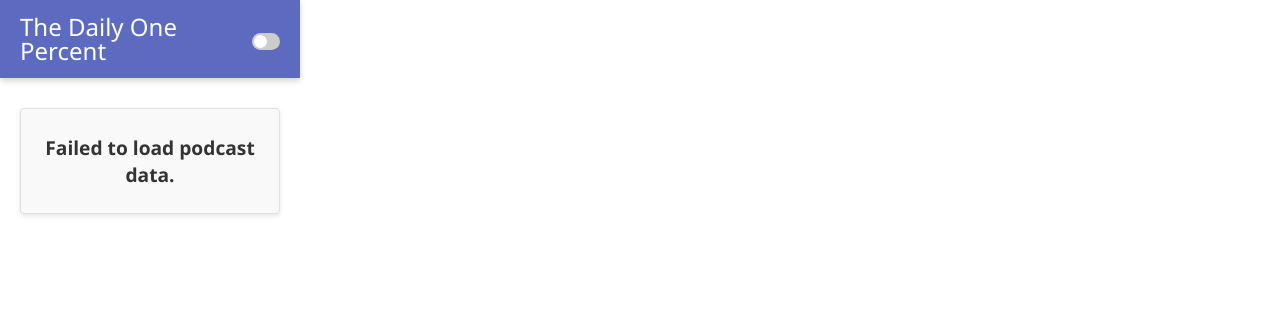
Repository: fechinmitchell/thedailyonepercent
Page: popup.html
These files come from the project's save history. The page is drawn as it stood at one moment and after the next save; the edit follows.
The browser window is 1280 px wide. The pictures show the whole page.
The page's requests for data from a server got no answer.

Above is the page before, as saved 2023-12-22 10:35:31.

### popup.html
<!DOCTYPE html>
<html lang="en">
<head>
  <meta charset="UTF-8">
  <title>The Daily One Percent Extension</title>
  <link rel="stylesheet" type="text/css" href="popup.css">
</head>
<body>
  <!-- Header section with title and dark mode toggle -->
  <div class="header">
    <h1>The Daily One Percent</h1>
    <div class="toggle-switch">
      <input type="checkbox" id="dark-mode-checkbox" class="checkbox">
      <label class="slider round" for="dark-mode-checkbox"></label>
    </div>
  </div>

  <!-- Main content section -->
  <div class="content">
    <!-- Podcast card content -->
    <div id="podcast-card">
      <!-- Podcast image -->
      <!-- Podcast title and points -->
      <div id="podcast"></div>
      <div id="podcast-points"></div>
    </div>
  </div>

  <script src="popup.js"></script>
</body>
</html>

### popup.css
/* General styles */
body {
  width: 300px;
  min-height: 300px;
  margin: 0;
  padding: 0;
  background-color: #fff;
  font-family: 'Segoe UI', Tahoma, Geneva, Verdana, sans-serif;
  color: #333;
  display: flex;
  flex-direction: column;
  border-radius: 8px;
  overflow: hidden;
}

/* Header styles */
.header {
  background-color: #5C6BC0; /* Pleasant purple header color */
  color: #fff;
  padding: 15px 20px;
  display: flex;
  justify-content: space-between; /* Align title and toggle switch */
  align-items: center; /* Align items vertically */
  box-shadow: 0 3px 6px rgba(0,0,0,0.16);
}

.header h1 {
  margin: 0;
  font-size: 1.5em;
  font-weight: normal;
  line-height: 1; /* Align with the toggle vertically */
}

/* Content area styles */
.content {
  padding: 20px;
  flex-grow: 1;
}

/* Podcast card styles */
#podcast-card {
  background-color: #f9f9f9;
  border: 1px solid #e0e0e0;
  border-radius: 4px;
  padding: 15px;
  text-align: center;
  box-shadow: 0 2px 4px rgba(0,0,0,0.1);
  margin-top: 10px;
}

#podcast-image {
  max-width: 100%;
  height: auto;
  border-radius: 4px;
  box-shadow: 0 2px 4px rgba(0,0,0,0.1);
  margin-bottom: 10px;
}

#podcast {
  font-size: 1.2em;
  color: #333;
  margin-top: 10px;
  font-weight: bold;
}

#podcast-points {
  font-size: 0.9em;
  color: #666;
  margin-top: 10px;
}

/* Toggle switch styles */
.toggle-switch {
  margin-left: auto; /* Pushes the toggle to the far right */
  width: 30px; /* Half the original width */
  height: 17px; /* Half the original height */
}

.checkbox {
  visibility: hidden;
}

.slider {
  position: relative;
  top: -20px;
  display: inline-block;
  width: 100%;
  height: 100%;
  background-color: #ccc;
  border-radius: 17px;
  transition: background-color 0.2s;
}

.slider:before {
  content: "";
  position: absolute;
  height: 13px; /* Half the original height */
  width: 13px; /* Half the original width */
  left: 2px;
  bottom: 2px;
  background-color: white;
  border-radius: 50%;
  transition: transform 0.2s;
}

.checkbox:checked + .slider {
  background-color: #2196F3;
}

.checkbox:checked + .slider:before {
  transform: translateX(13px); /* Half the original translation */
}

/* Dark mode specific styles */
.dark-mode {
  background-color: #263238;
  color: #B0BEC5;
}

.dark-mode .header {
  background-color: #37474F;
}

.dark-mode #podcast-card {
  background-color: #455A64;
  border-color: #546E7A;
}

.dark-mode #podcast-points {
  color: #CFD8DC;
}

### popup.js
// Function to toggle dark mode
function toggleDarkMode() {
    var body = document.body;
    body.classList.toggle('dark-mode'); // Toggle the .dark-mode class on the body

    // Save the current theme preference to local storage
    var isDarkMode = body.classList.contains('dark-mode');
    localStorage.setItem('theme', isDarkMode ? 'dark' : 'light');
  }

  // Set the initial theme on page load based on the saved preference
  document.addEventListener('DOMContentLoaded', function() {
    var darkModeCheckbox = document.getElementById('dark-mode-checkbox');
    var currentTheme = localStorage.getItem('theme');

    // Set the dark mode based on the saved setting
    if (currentTheme === 'dark') {
      document.body.classList.add('dark-mode');
      darkModeCheckbox.checked = true;
    }

    // Event listener for the dark mode toggle
    darkModeCheckbox.addEventListener('change', toggleDarkMode);

    // Fetch the podcast data and update the DOM
    var date = new Date();
    var dateString = date.toISOString().slice(0,10); // "YYYY-MM-DD"
    var podcastElement = document.getElementById('podcast');
    var podcastPointsElement = document.getElementById('podcast-points');

    fetch('https://raw.githubusercontent.com/fechinmitchell/thedailyonepercent/main/podcast-data.json')
      .then(response => response.json())
      .then(data => {
        var podcast = data[dateString];
        if (podcast && podcast.name && podcast.link && podcast.keyPoints) {
          var link = document.createElement('a');
          link.href = podcast.link;
          link.target = "_blank";
          link.innerText = podcast.name;
          podcastElement.appendChild(link);

          // Removed the line that sets the podcast image src
          podcastPointsElement.innerText = podcast.keyPoints;
        } else {
          podcastElement.innerText = 'No podcast for today.';
          // Removed the line that sets a placeholder image
        }
      })
      .catch(error => {
        console.error('Failed to parse podcast data', error);
        podcastElement.innerText = 'Failed to load podcast data.';
      });
  });

After the next save:
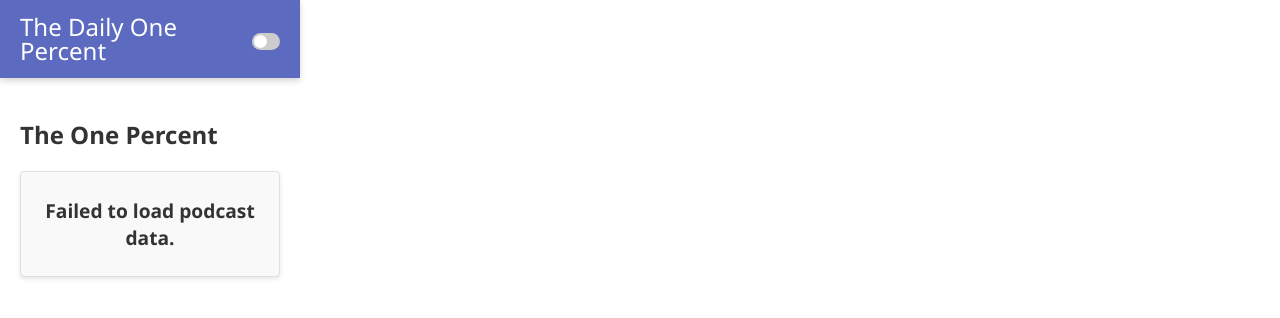
Saved 33 min 2 s later.
--- a/popup.html
+++ b/popup.html
@@ -17,6 +17,9 @@
 
   <!-- Main content section -->
   <div class="content">
+    <!-- Heading for the podcast points -->
+    <h2 class="section-heading">The One Percent</h2>
+
     <!-- Podcast card content -->
     <div id="podcast-card">
       <!-- Podcast image -->
